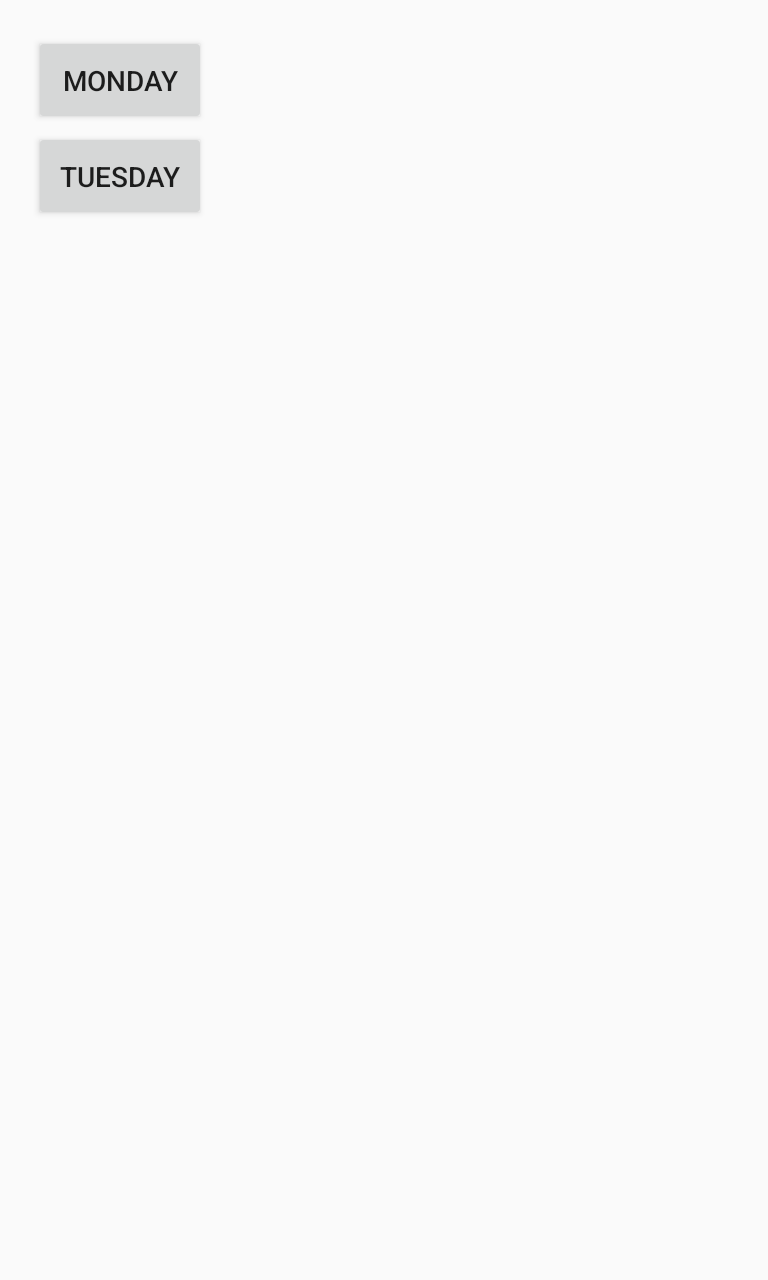
Repository: apoorvelec/AndroidApps
Layout: Gymdroid/res/layout/activity_main.xml
These files come from the project's save history. The layout is drawn as it stood at one moment and after the next save; the edit follows.
It is drawn on a 768 x 1280 px phone screen (xhdpi) without system bars, with theme AppTheme; the app's code is not run.

Above is the layout before, as saved 2016-07-16 19:46:01.

After the next save:
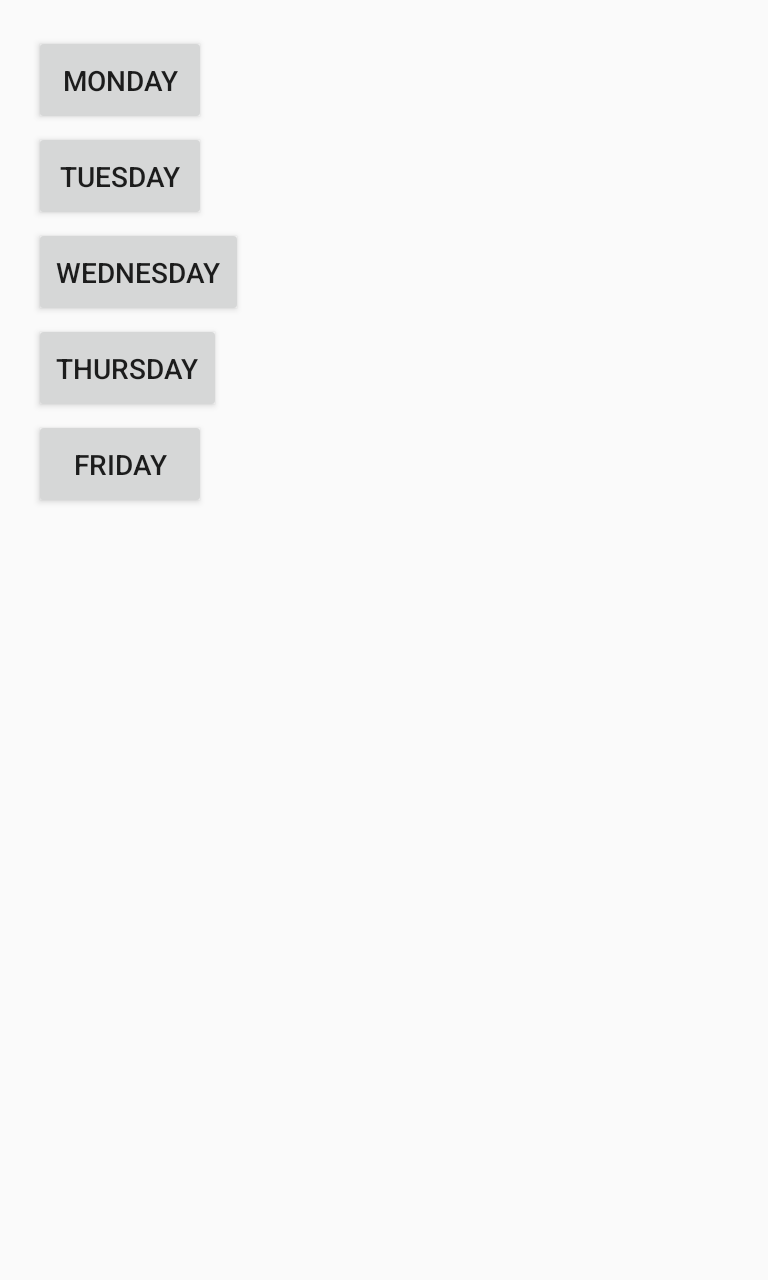
Saved 6 min 34 s later.
--- a/Gymdroid/res/layout/activity_main.xml
+++ b/Gymdroid/res/layout/activity_main.xml
@@ -21,7 +21,23 @@
         android:layout_height="wrap_content"
         android:text="@string/tuesday_button"
         />
-
-
+    <Button
+        android:id="@+id/Wednesday"
+        android:layout_width="wrap_content"
+        android:layout_height="wrap_content"
+        android:text="@string/wednesday_button"
+        />
+    <Button
+        android:id="@+id/Thursday"
+        android:layout_width="wrap_content"
+        android:layout_height="wrap_content"
+        android:text="@string/thursday_button"
+        />
+    <Button
+        android:id="@+id/Friday"
+        android:layout_width="wrap_content"
+        android:layout_height="wrap_content"
+        android:text="@string/friday_button"
+        />
 
 </LinearLayout>
